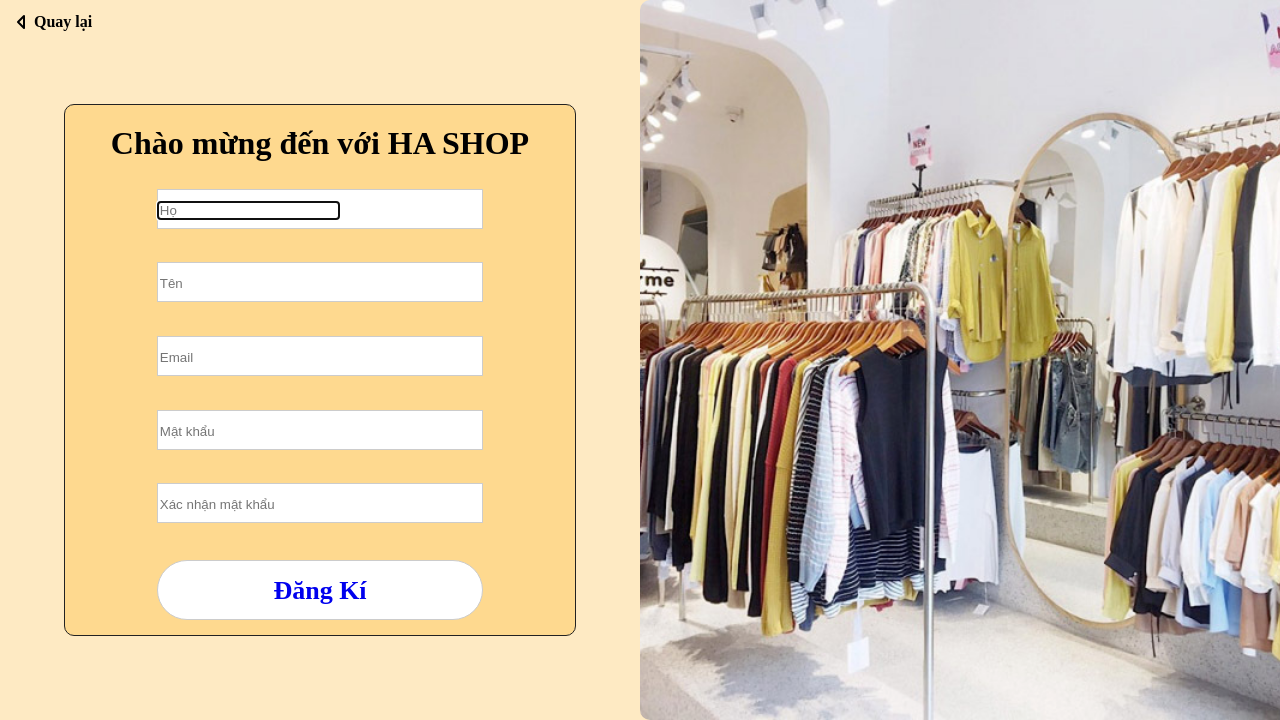
Repository: manhhieu120499/Project_ShopQuanAo
Page: html/dang_ki.html
The author's editor kept a copy of each file at every save. The page is drawn from the files as they stood at one save, then again after the next save.
The browser window is 1280 px wide. The pictures show the whole page.
The first visible `.item input` has the focus.

Above is the page before, as saved 2023-04-01 10:53:42.

After the next save:
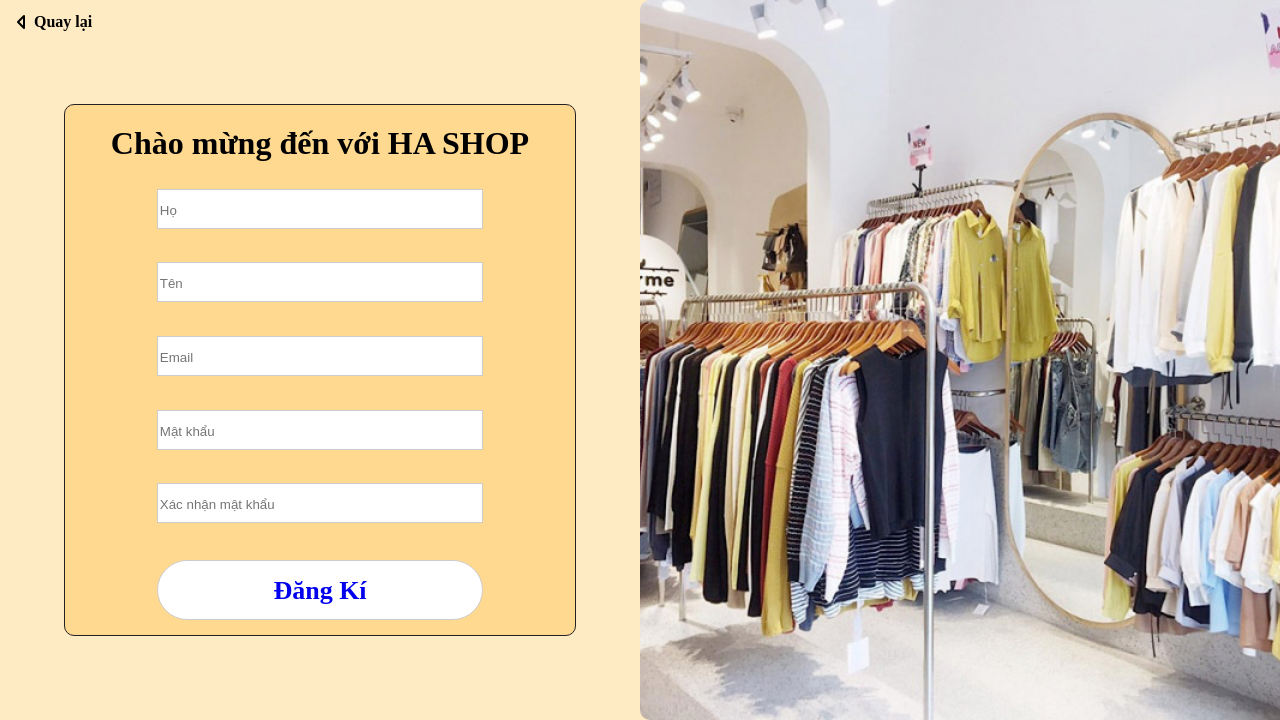
Saved 12 s later.
--- a/css/style_dangki.css
+++ b/css/style_dangki.css
@@ -76,6 +76,10 @@ form .item{
     border: none;
 }
 
+.item input:focus {
+    outline: none;
+}
+
 form > a {
     margin: 20px auto 5px;
     text-decoration: none;
